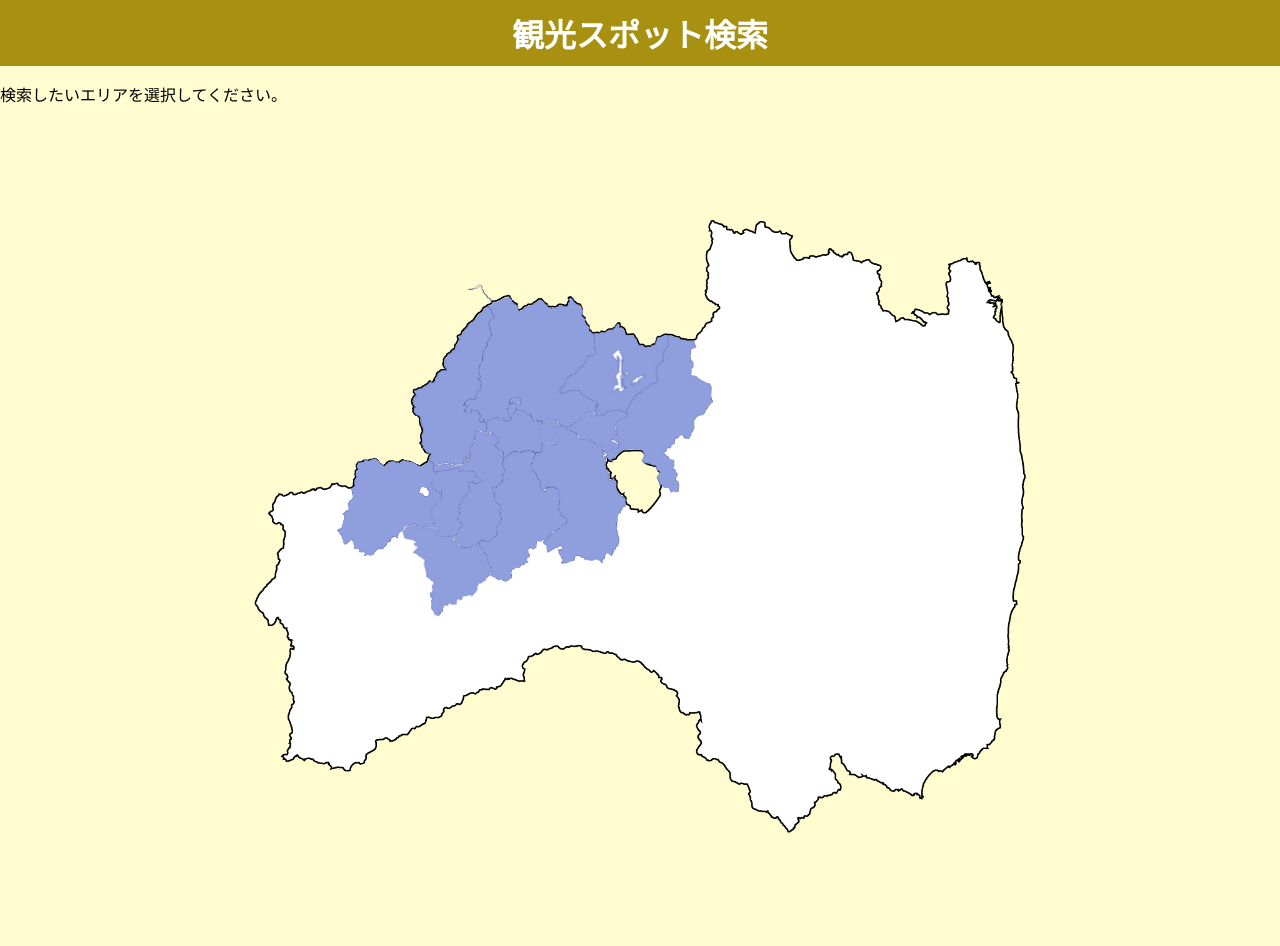
Repository: ryoutana/tanaryou.github.io
Page: Downloads/project/index.html
An editor plug-in stored every save of this project. The page is shown before and after the next save, followed by the edit.
The browser window is 1280 px wide. The pictures show the whole page.

Above is the page before, as saved 2025-04-29 14:38:26.

After the next save:
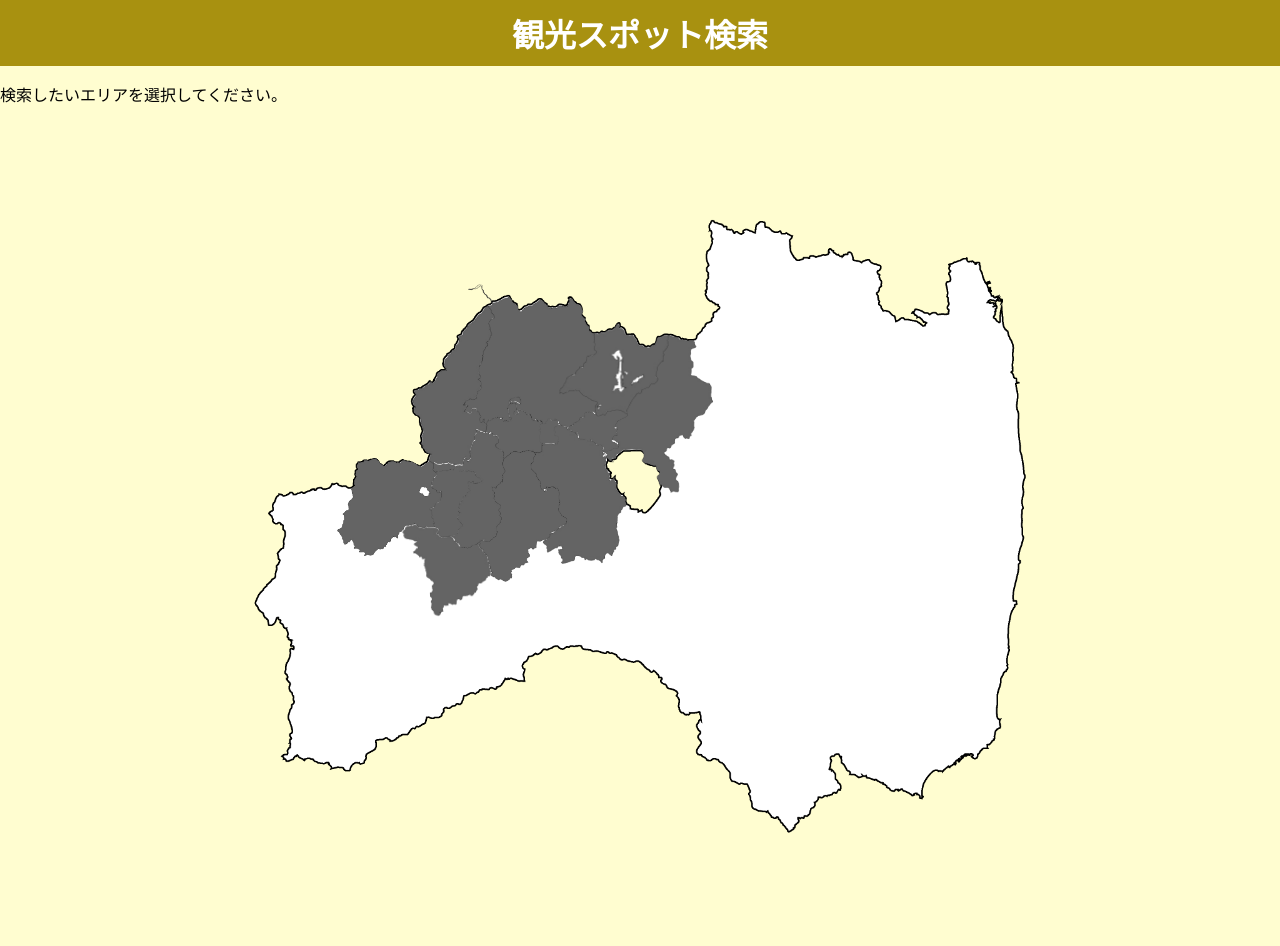
Saved 6 min 33 s later.
--- a/Downloads/project/script.js
+++ b/Downloads/project/script.js
@@ -38,13 +38,13 @@ function generateSpots() {
         img.style.left = `${(spot.x / 800) * mapWidth}px`; // x座標を地図のサイズに比例させる
         img.style.top = `${(spot.y / 800) * mapHeight}px`; // y座標を地図のサイズに比例させる
         img.classList.add('spot-image');
-        img.style.filter = 'brightness(0.8) hue-rotate(300deg)'; // デフォルトの灰色
+        img.style.filter = 'brightness(0.5) saturate(0)'; // デフォルトの灰色
 
         // 当たり判定用の透明な要素を作成
         const hitbox = document.createElement('div');
         hitbox.style.position = 'absolute';
-        hitbox.style.width = `${(spot.width * 0.3 / 800) * mapWidth}px`; // 表示されている画像の0.3倍の幅
-        hitbox.style.height = `${(spot.width * 0.3 / 800) * mapHeight}px`; // 表示されている画像の0.3倍の高さ
+        hitbox.style.width = `${(spot.width * 0.5 / 800) * mapWidth}px`; // 表示されている画像の0.5倍の幅
+        hitbox.style.height = `${(spot.width * 0.5 / 800) * mapHeight}px`; // 表示されている画像の0.5倍の高さ
         hitbox.style.left = `${(spot.x / 800) * mapWidth}px`; // x座標を地図のサイズに比例させる
         hitbox.style.top = `${(spot.y / 800) * mapHeight}px`; // y座標を地図のサイズに比例させる
         hitbox.style.transform = 'translate(-50%, -50%)'; // 中心基準で配置
@@ -59,7 +59,7 @@ function generateSpots() {
         });
         hitbox.addEventListener('mouseout', () => {
             if (!img.classList.contains('active')) {
-                img.style.filter = 'brightness(0.8) hue-rotate(300deg)'; // 元の灰色に戻す
+                img.style.filter = 'brightness(0.5) saturate(0)'; // 元の灰色に戻す
             }
         });
 
@@ -67,7 +67,7 @@ function generateSpots() {
         hitbox.addEventListener('click', () => {
             if (img.classList.contains('active')) {
                 img.classList.remove('active'); // 緑から灰色に戻す
-                img.style.filter = 'brightness(0.8) hue-rotate(300deg)'; // 元の灰色に戻す
+                img.style.filter = 'brightness(0.5) saturate(0)'; // 元の灰色に戻す
             } else {
                 img.classList.add('active'); // 緑にする
                 img.style.filter = 'brightness(1) hue-rotate(120deg)'; // 緑にする
